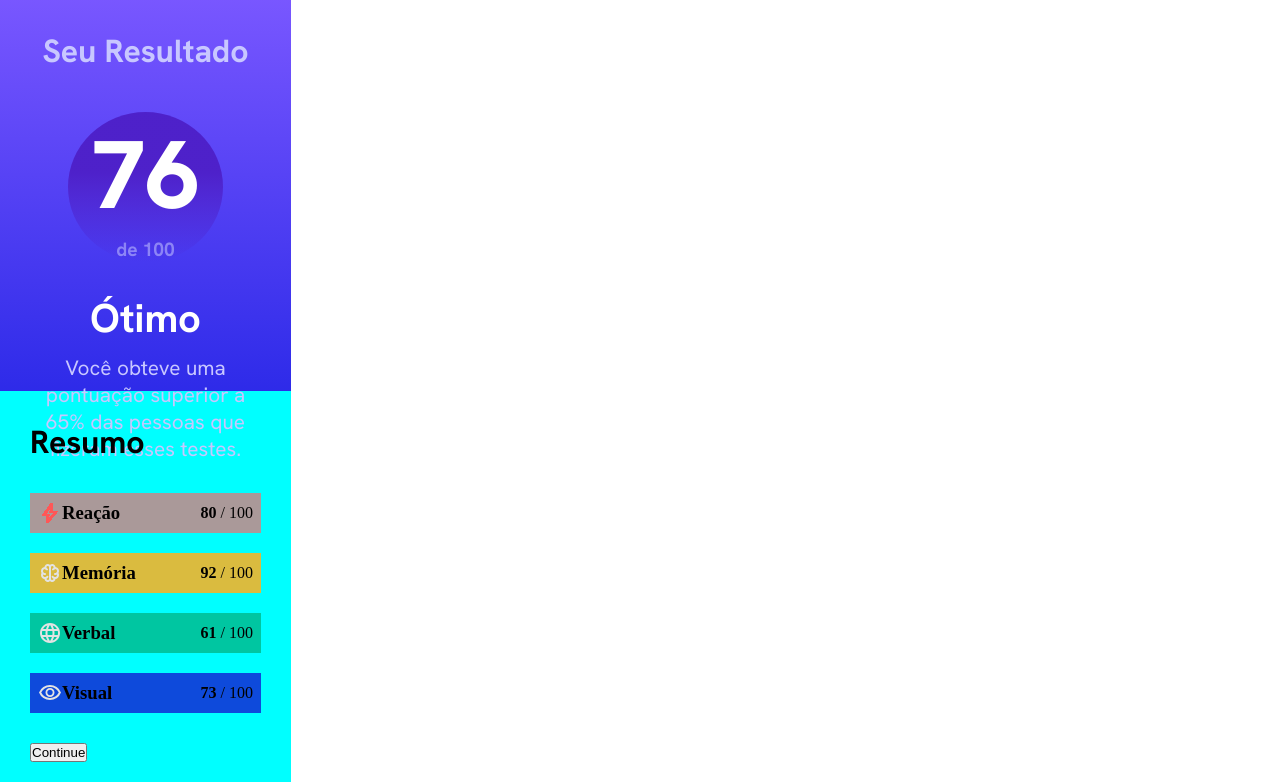
Repository: caique2512/resumo-de-resultados
Page: index.html
An editor plug-in stored every save of this project. The page is shown before and after the next save, followed by the edit.
The browser window is 1280 px wide. The pictures show the whole page.

Above is the page before, as saved 2026-03-10 17:55:15.

After the next save:
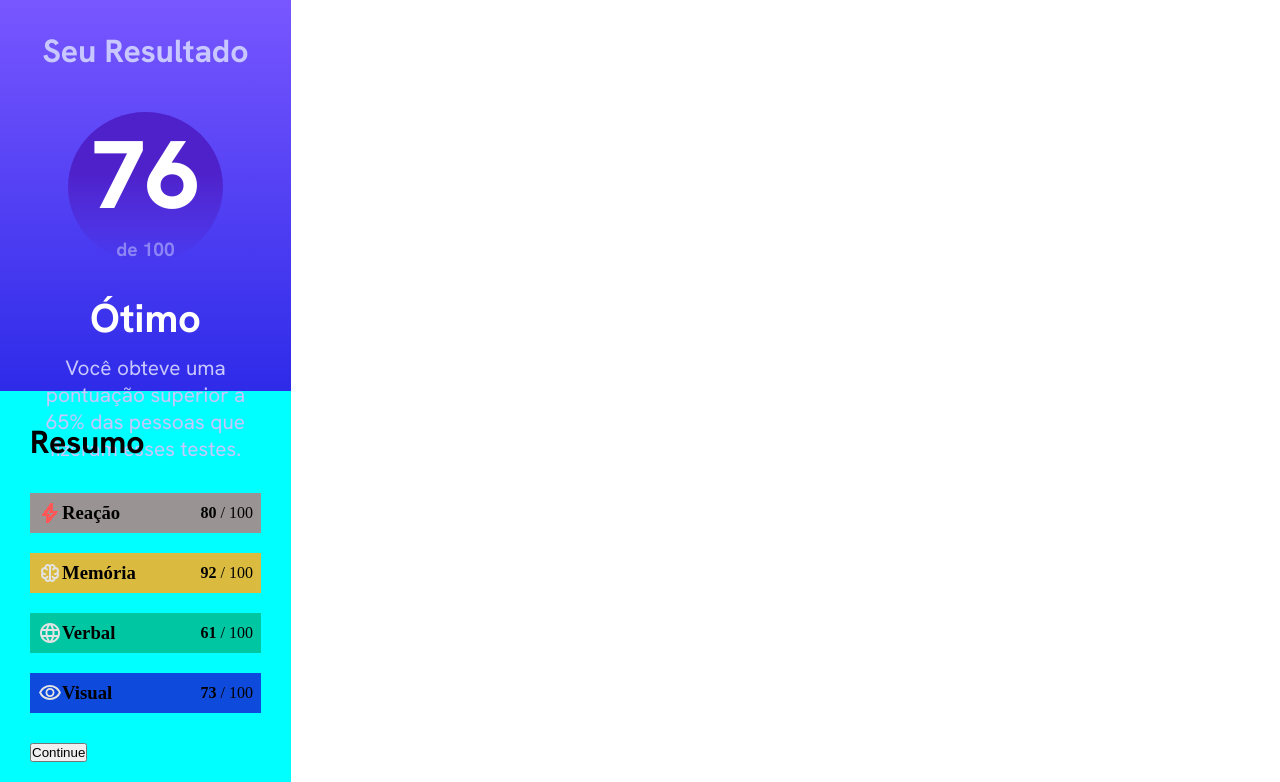
Saved 9 s later.
--- a/src/css/estilos.css
+++ b/src/css/estilos.css
@@ -89,7 +89,7 @@
     display: flex;
     align-items: center;
     justify-content: space-between;
-    background-color: hsla(0, 100%, 70%, 0.667);
+    background-color: hsla(0, 75%, 64%, 0.667);
     padding: 8px;
 }
 

After the save that followed:
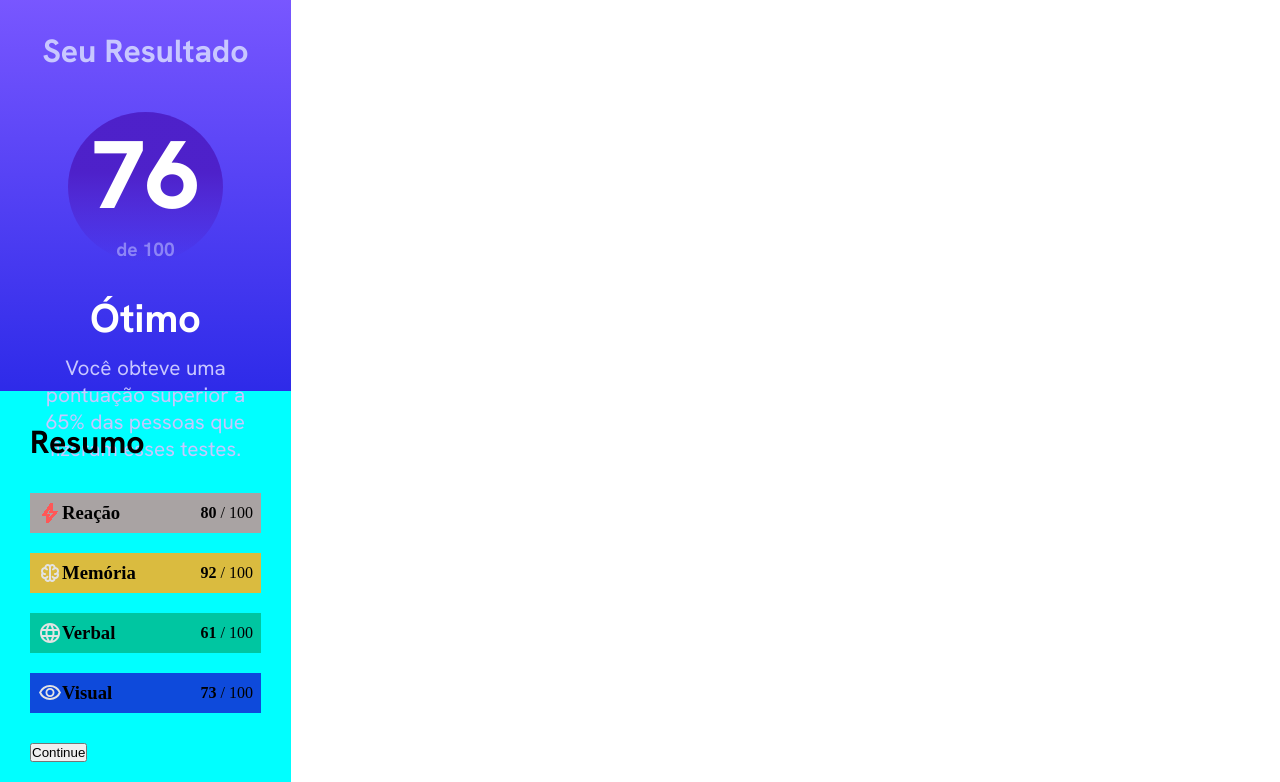
Saved 4 s later.
--- a/src/css/estilos.css
+++ b/src/css/estilos.css
@@ -89,7 +89,7 @@
     display: flex;
     align-items: center;
     justify-content: space-between;
-    background-color: hsla(0, 75%, 64%, 0.667);
+    background-color: hsla(0, 99%, 73%, 0.667);
     padding: 8px;
 }
 
